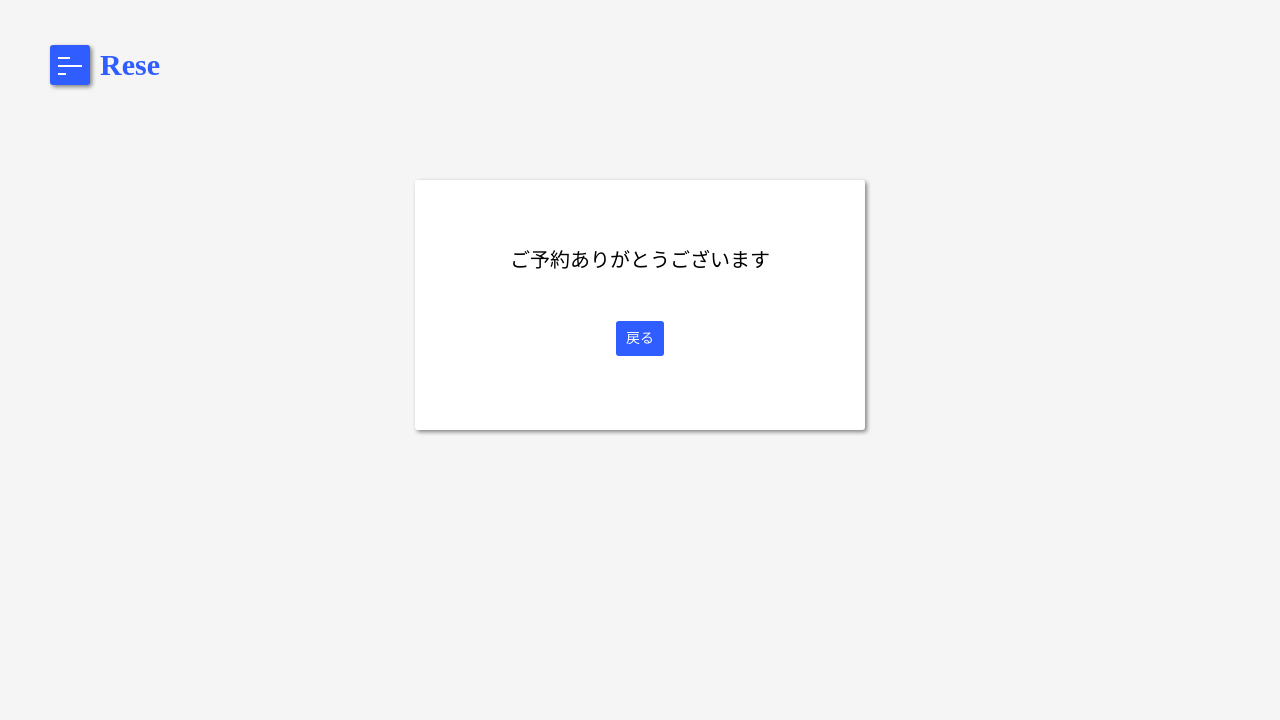
Repository: Haruka-Wada/Rese
Page: http://localhost/done
The author's editor kept a copy of each file at every save. The page is drawn from the files as they stood at one save, then again after the next save.
The browser window is 1280 px wide. The pictures show the whole page.
The page is served by the project's Laravel application, run on PHP 8.4 with Laravel 8.

Above is the page before, as saved 2024-10-28 14:24:43.

After the next save:
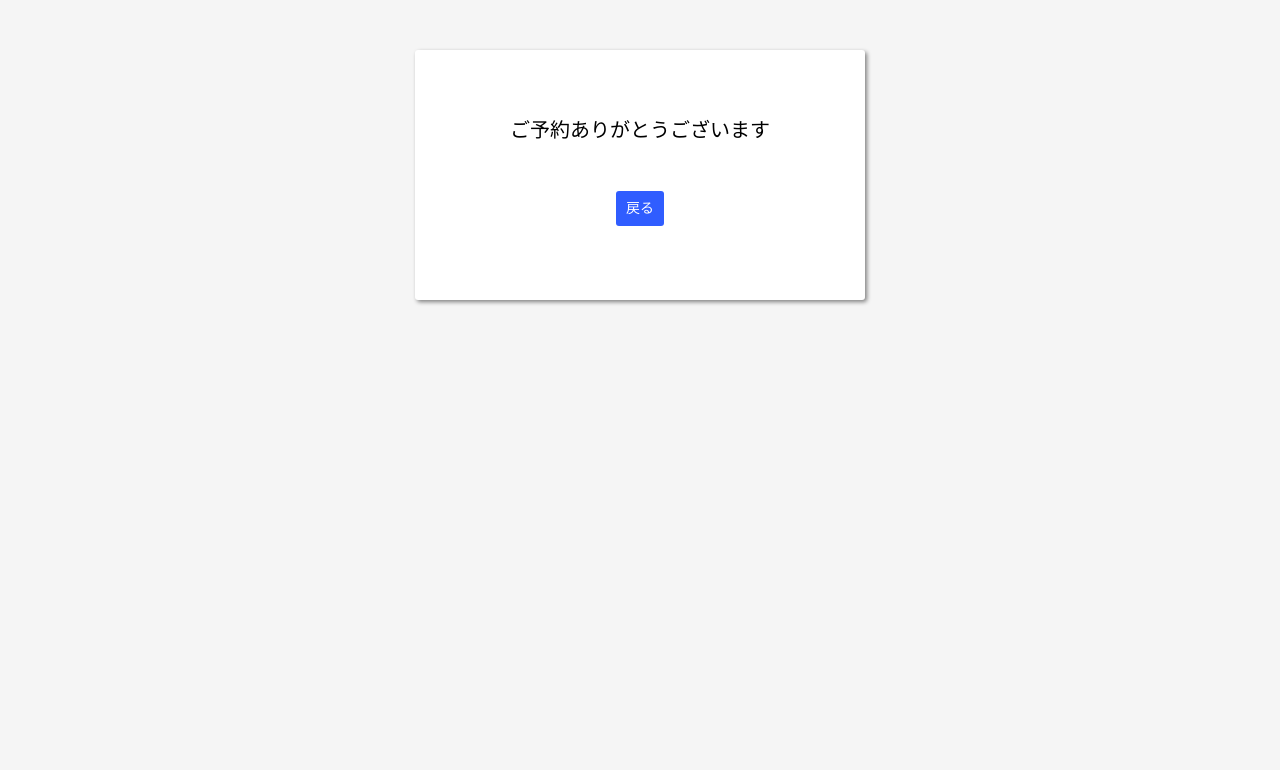
Saved 4 s later.
--- a/src/resources/views/layouts/app.blade.php
+++ b/src/resources/views/layouts/app.blade.php
@@ -13,7 +13,7 @@
 
 <body>
     <header>
-        <div class="overlay"></div>
+        <div class="overlay">
         <div class="header">
             <div class="header__hamburger">
                 <span></span>
